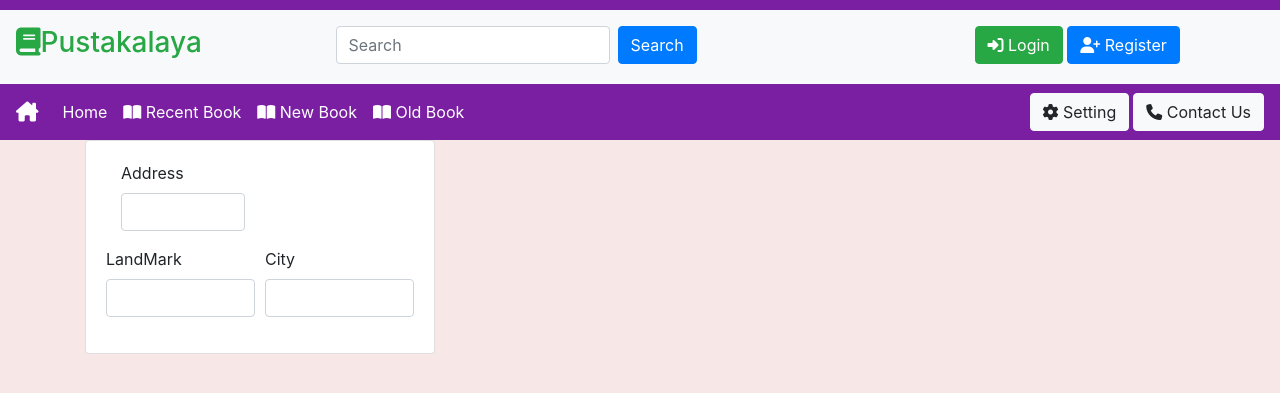
Repository: kalaprabhakar/Pustakalay_Web_Application
Page: http://localhost/E_Book_Management/user_address.jsp
An editor plug-in stored every save of this project. The page is shown before and after the next save, followed by the edit.
The browser window is 1280 px wide. The pictures show the whole page.
Some web libraries are served in a nearby version. The page is served by Tomcat 10. Other server files are loaded and not shown.

Above is the page before, as saved 2024-02-28 14:49:11.

### E_Book_Management/src/main/webapp/user_address.jsp
<%@ page language="java" contentType="text/html; charset=ISO-8859-1"
	pageEncoding="ISO-8859-1"%>
<!DOCTYPE html>
<html>
<head>
<meta charset="ISO-8859-1">
<title>Insert title here</title>
<%@ include file="all_component/allcss.jsp"%>
</head>
<body style="background-color: #f7e7e6">
	<%@ include file="all_component/navbar.jsp"%>


	<div class="container">
		<div class="row">
			<div class="col-md-4 offest-md-4">
				<div class="card">
					<div class="card-body">
						<form method="post" action="">

					<div class="form-group col-md-6">
						<label for="inputPassword4">Address</label> <input type="text"
							class="form-control" id="inputPassword4">
					</div>

				<div class="form-row">
					<div class="form-group col-md-6">
						<label for="inputEmail4">LandMark</label> <input type="text"
							class="form-control" id="inputEmail4">
					</div>
					<div class="form-group col-md-6">
						<label for="inputPassword4">City</label> <input type="text"
							class="form-control" id="inputPassword4">
					</div>

</div>
					</form>

				</div>

			</div>

		</div>
	</div>
	</div>
</body>
</html>

### E_Book_Management/src/main/webapp/all_component/allcss.jsp
<link rel="stylesheet"
	href="https://cdn.jsdelivr.net/npm/bootstrap@4.0.0/dist/css/bootstrap.min.css"
	integrity="sha384-Gn5384xqQ1aoWXA+058RXPxPg6fy4IWvTNh0E263XmFcJlSAwiGgFAW/dAiS6JXm"
	crossorigin="anonymous">

<script src="https://code.jquery.com/jquery-3.2.1.slim.min.js"
	integrity="sha384-KJ3o2DKtIkvYIK3UENzmM7KCkRr/rE9/Qpg6aAZGJwFDMVNA/GpGFF93hXpG5KkN"
	crossorigin="anonymous"></script>
<script
	src="https://cdn.jsdelivr.net/npm/popper.js@1.12.9/dist/umd/popper.min.js"
	integrity="sha384-ApNbgh9B+Y1QKtv3Rn7W3mgPxhU9K/ScQsAP7hUibX39j7fakFPskvXusvfa0b4Q"
	crossorigin="anonymous"></script>
<script
	src="https://cdn.jsdelivr.net/npm/bootstrap@4.0.0/dist/js/bootstrap.min.js"
	integrity="sha384-JZR6Spejh4U02d8jOt6vLEHfe/JQGiRRSQQxSfFWpi1MquVdAyjUar5+76PVCmYl"
	crossorigin="anonymous"></script>
<link rel="stylesheet"
	href="https://cdnjs.cloudflare.com/ajax/libs/font-awesome/6.5.1/css/all.min.css"
	integrity="sha512-DTOQO9RWCH3ppGqcWaEA1BIZOC6xxalwEsw9c2QQeAIftl+Vegovlnee1c9QX4TctnWMn13TZye+giMm8e2LwA=="
	crossorigin="anonymous" referrerpolicy="no-referrer" />

	<link  rel="stylesheet" href="all_component/style.css"/>

### E_Book_Management/src/main/webapp/all_component/navbar.jsp
<%@ taglib prefix="c" uri="http://java.sun.com/jsp/jstl/core"%>
<%@ page isELIgnored="false" %>

<div class="container-fluid" style="height : 10px ; background-color:  #7B1FA2 "></div>

<div class="container-fluid p-3 bg-light">
 <div class="row">
     <div class="col-md-3 text-success">
        <h3 > <i class="fa-solid fa-book"></i>Pustakalaya</h3>
     </div>
    <div class="col-md-6">
       <form class="form-inline my-2 my-lg-0">
      <input class="form-control mr-sm-2" type="search" placeholder="Search" aria-label="Search">
      <button class="btn btn-primary my-2 my-sm-0" type="submit">Search</button>
    </form>

    </div>
    <c:if test="${not empty userobj }">
    <div class="col-md-3">

    <a href="checkout.jsp" class="btn btn-ligh"><i class="fa-solid fa-cart-shopping  "></i></a>

      <a href="" class="btn btn-success"><i class="fa-solid fa-user-plus"></i>${userobj.name }</a>
      <a href="logout" class="btn btn-primary"><i class="fa-solid fa-right-to-bracket"></i> Logout</a>

    </div>

    </c:if>

    <c:if test="${ empty userobj }">
    <div class="col-md-3">
      <a href="login.jsp" class="btn btn-success"><i class="fa-solid fa-right-to-bracket"></i> Login</a>
      <a href="register.jsp" class="btn btn-primary"><i class="fa-solid fa-user-plus"></i> Register</a>

    </div>

    </c:if>

 </div>


</div>

<nav class="navbar navbar-expand-lg navbar-dark bg-custom">
  <a class="navbar-brand" href="#"><i class="fa-solid fa-house-chimney"></i></a>
  <button class="navbar-toggler" type="button" data-toggle="collapse" data-target="#navbarSupportedContent" aria-controls="navbarSupportedContent" aria-expanded="false" aria-label="Toggle navigation">
    <span class="navbar-toggler-icon"></span>
  </button>

  <div class="collapse navbar-collapse" id="navbarSupportedContent">
    <ul class="navbar-nav mr-auto">
      <li class="nav-item active">
        <a class="nav-link" href="index.jsp">Home <span class="sr-only">(current)</span></a>
      </li>
      <li class="nav-item active">
        <a class="nav-link" href="all_recent_book.jsp"> <i class="fa-solid fa-book-open"></i> Recent Book</a>
      </li>
      <li class="nav-item active">
        <a class="nav-link" href="all_new_book.jsp"> <i class="fa-solid fa-book-open"></i> New Book</a>
      </li>

      </li>
      <li class="nav-item active">
        <a class="nav-link disabled" href="all_old_book.jsp"> <i class="fa-solid fa-book-open"></i> Old Book</a>
      </li>
    </ul>
    <form class="form-inline my-2 my-lg-0">
      <a href="setting.jsp" class="btn btn-light my-2 my-sm-0" type="submit"><i class="fa-solid fa-gear"></i> Setting</a>
      <button class="btn btn-light my-2 my-sm-0 ml-1" type="submit"><i class="fa-solid fa-phone"></i> Contact Us</button>
    </form>
  </div>
</nav>

### E_Book_Management/src/main/webapp/all_component/style.css
.bg-custom {
	background-color : #7B1FA2 ;
}

.navbar .nav-item:hover .nav-link{

	background-color: white;
	color : black;
	border-radius : 20px ;
}

After the next save:
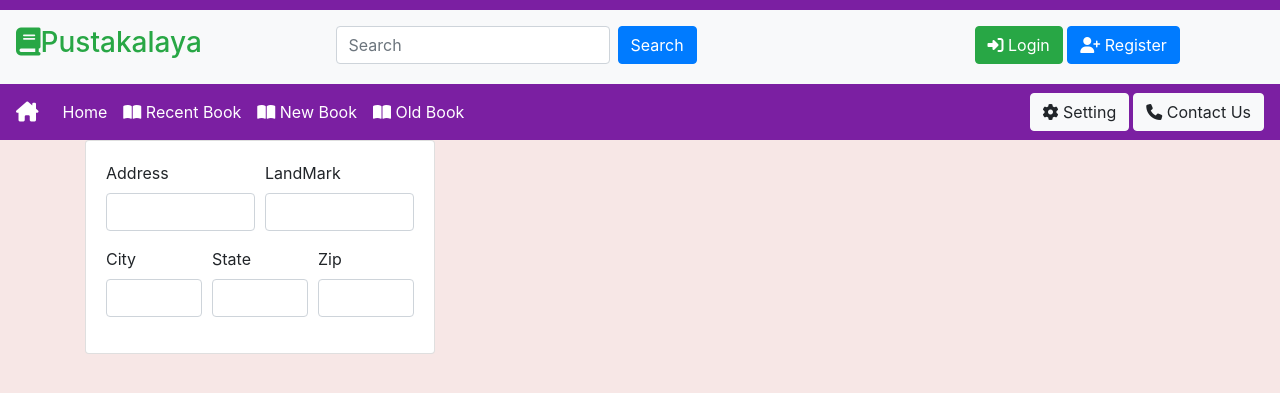
Saved 2 min 58 s later.
--- a/E_Book_Management/src/main/webapp/user_address.jsp
+++ b/E_Book_Management/src/main/webapp/user_address.jsp
@@ -17,31 +17,41 @@
 				<div class="card">
 					<div class="card-body">
 						<form method="post" action="">
+                             <div class="form-row">
+							<div class="form-group col-md-6">
+								<label for="inputPassword4">Address</label> <input type="text"
+									class="form-control" id="inputPassword4">
+							</div>
 
-					<div class="form-group col-md-6">
-						<label for="inputPassword4">Address</label> <input type="text"
-							class="form-control" id="inputPassword4">
+
+								<div class="form-group col-md-6">
+									<label for="inputEmail4">LandMark</label> <input type="text"
+										class="form-control" id="inputEmail4">
+								</div>
+								</div>
+								<div class="form-row">
+								<div class="form-group col-md-4">
+									<label for="inputPassword4">City</label> <input type="text"
+										class="form-control" id="inputPassword4">
+								</div>
+								<div class="form-group col-md-4">
+									<label for="inputPassword4">State</label> <input type="text"
+										class="form-control" id="inputPassword4">
+								</div>
+								<div class="form-group col-md-4">
+									<label for="inputPassword4">Zip</label> <input type="text"
+										class="form-control" id="inputPassword4">
+								</div>
+
+							</div>
+						</form>
+
 					</div>
-
-				<div class="form-row">
-					<div class="form-group col-md-6">
-						<label for="inputEmail4">LandMark</label> <input type="text"
-							class="form-control" id="inputEmail4">
-					</div>
-					<div class="form-group col-md-6">
-						<label for="inputPassword4">City</label> <input type="text"
-							class="form-control" id="inputPassword4">
-					</div>
-
-</div>
-					</form>
 
 				</div>
 
 			</div>
-
 		</div>
-	</div>
 	</div>
 </body>
 </html>
